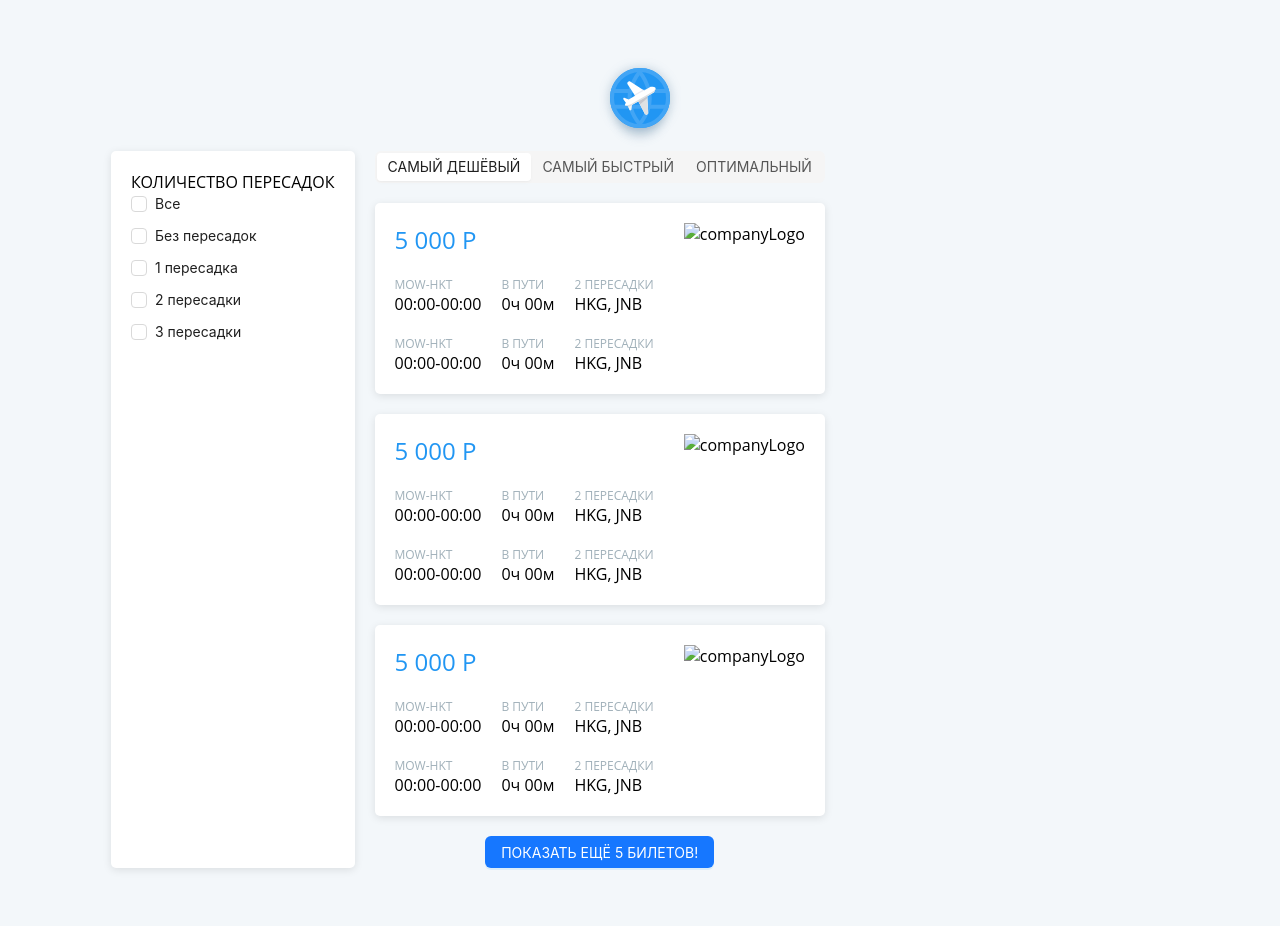
Repository: Dedoxa/aviasalesTickets
Page: /
These files come from the project's save history. The page is drawn as it stood at one moment and after the next save; the edit follows.
The browser window is 1280 px wide. The pictures show the whole page.
The project was rebuilt for these pictures with package versions that can differ from the ones it lists, and the page was loaded fresh each time. Also part of the build but not shown: vite.config.js.

Above is the page before, as saved 2024-10-19 17:08:07.

After the next save:
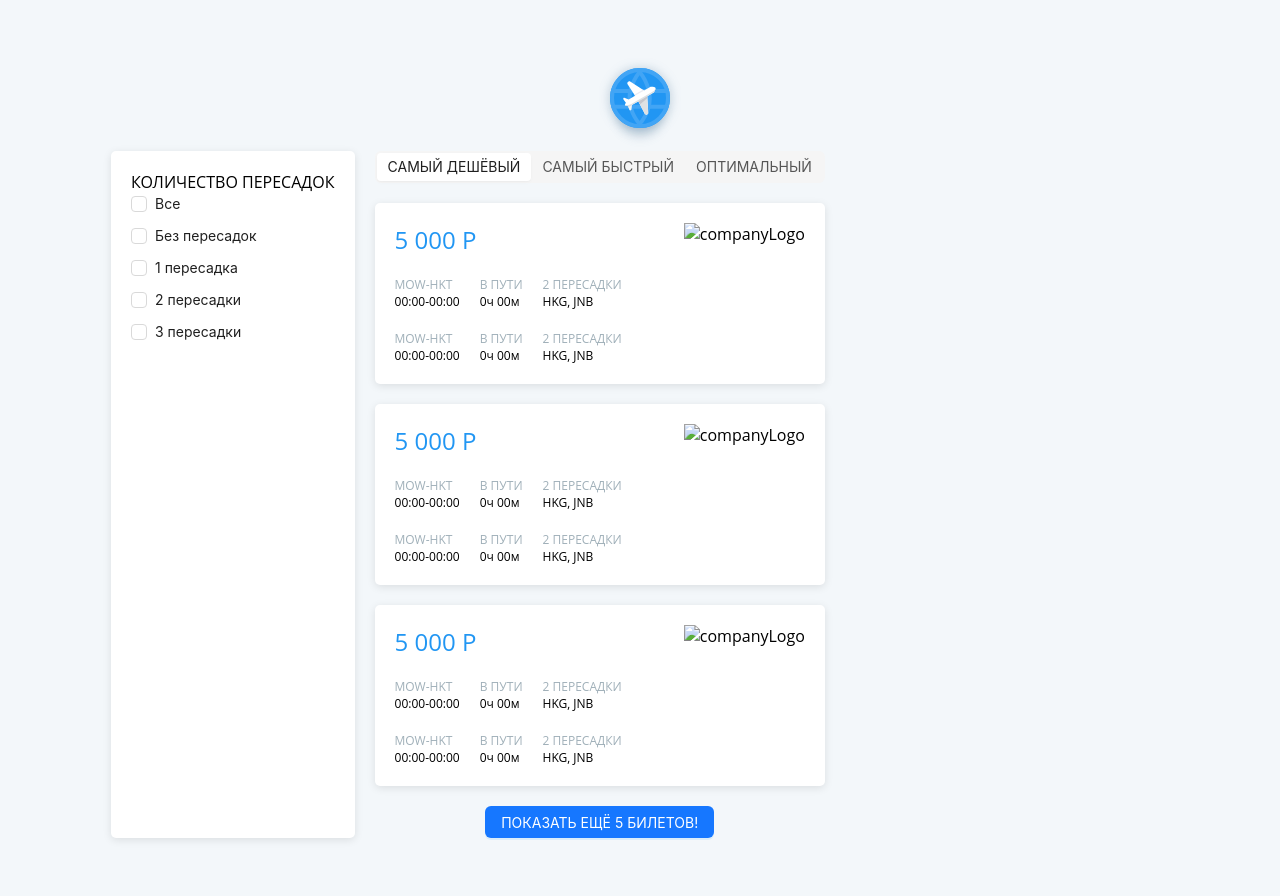
Saved 12 s later.
--- a/src/TicketCard/TicketCard.module.scss
+++ b/src/TicketCard/TicketCard.module.scss
@@ -24,9 +24,9 @@
   .infoTwoLined {
     display: flex;
     flex-direction: column;
+    font-size: 12px;
 
     .titleLine {
-        font-size: 12px;
         color: #A0B0B9;
     }
   }
